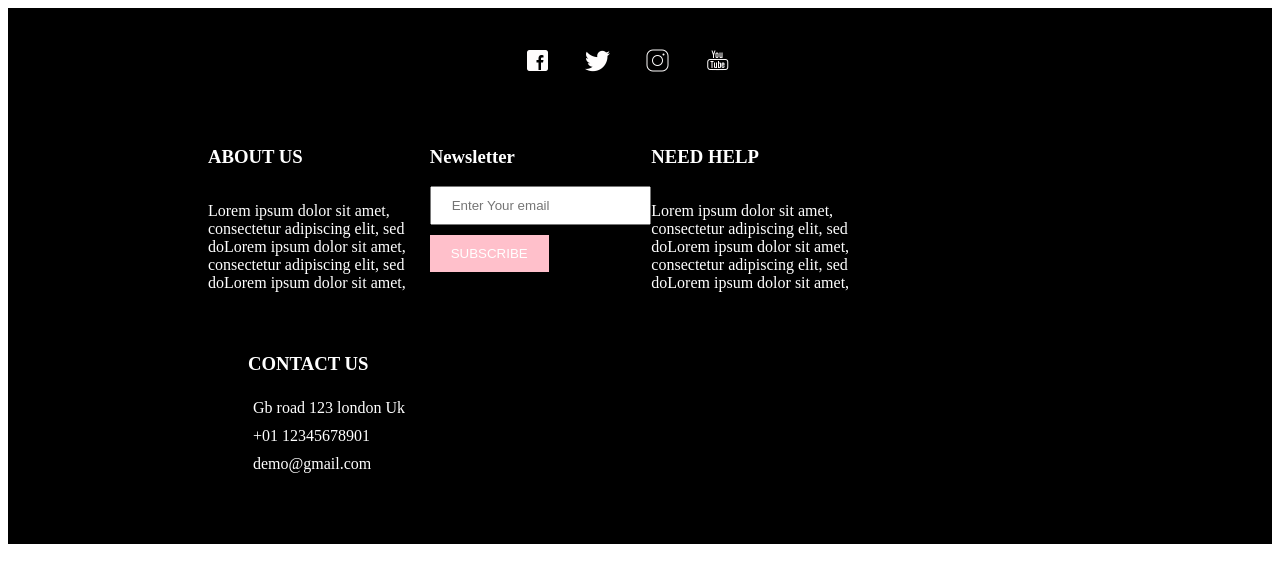
Repository: AVINKUMARP/gifts
Page: demo3.html
These files come from the project's save history. The page is drawn as it stood at one moment and after the next save; the edit follows.
The browser window is 1280 px wide. The pictures show the whole page.

Above is the page before, as saved 2023-08-24 15:50:01.

### demo3.html
<!DOCTYPE html>
<html lang="en">
<head>
    <meta charset="UTF-8">
    <meta name="viewport" content="width=device-width, initial-scale=1.0">
    <title>Document</title>
    <style>
        .container2{
            background-color:black;
            color: white;
        }
        .ticon{
            display: flex;
            flex-wrap: wrap;
            gap: 10px;
            justify-content: center;
            padding-top: 40px;
        }
        .list{
            display: flex;
            flex-wrap: wrap;
            gap: 10px;
        }
        .lone{
            display: flex;
            flex-direction: column;
            flex-wrap: wrap;
            width: 24.5%;
        }
        .ltwo{
            display: flex;
            flex-direction: column;
            flex-wrap: wrap;
            width: 24.5%;
        }
        .lthree{
            display: flex;
            flex-direction: column;
            flex-wrap: wrap;
            width: 24.5%;
        }
        .lfour{
            display: flex;
            flex-direction: column;
            flex-wrap: wrap;
            width: 24.5%;
        }
        .ltwo input{
            padding: 10px 20px;
        }
        .ltwo button{
            background-color:pink;
            color:white;
            padding: 10px 20px;
            border:1px solid pink;
        }
        .lone p{
            text-align: start;
        }
        .lthree p{
            text-align: start;
        }
        .lfour li{
            padding: 5px;
        }
        .but1111{
            padding-top: 10px;
        }
        .list{
            padding: 50px 200px;
        }
    </style>
</head>
<body>
    <div class="container2">
        <div class="ticon">
            <div class="one"><a href="">
                <img src="./images/icons8-facebook-50.png" alt="loading..." width="50%"></a>
            </div>
            <div class="two">
                <img src="./images/icons8-twitter-50.png" alt="loading..."width="50%">
            </div>
            <div class="three">
                <a href=""><img src="./images/icons8-instagram-50.png" alt="loading..." width="50%"></a>
            </div>
            <div class="four">
                <img src="./images/icons8-youtube-50.png" alt="loading..." width="50%">
            </div>
        </div>
        <div class="list">
            <div class="lone">
                <h3>ABOUT US</h3>
                <p>Lorem ipsum dolor sit amet, consectetur adipiscing elit, sed doLorem ipsum dolor sit amet, consectetur adipiscing elit, sed doLorem ipsum dolor sit amet,</p>
            </div>
            <div class="ltwo">
                <h3>
                    Newsletter
                </h3>
                <input type="email" placeholder="Enter Your email">
                <div class="but1111"><button>SUBSCRIBE</button></div>

            </div>
            <div class="lthree">
                <h3>NEED HELP</h3>
                <p>Lorem ipsum dolor sit amet, consectetur adipiscing elit, sed doLorem ipsum dolor sit amet, consectetur adipiscing elit, sed doLorem ipsum dolor sit amet,</p>
            </div>
            <div class="lfour">
                <ul type="none">
                    <h3>CONTACT US</h3>
                    <li>Gb road 123 london Uk</li>
                    <li>+01 12345678901</li>
                    <li>demo@gmail.com</li>
                </ul>
            </div>
        </div>
    </div>
</body>
</html>

After the next save:
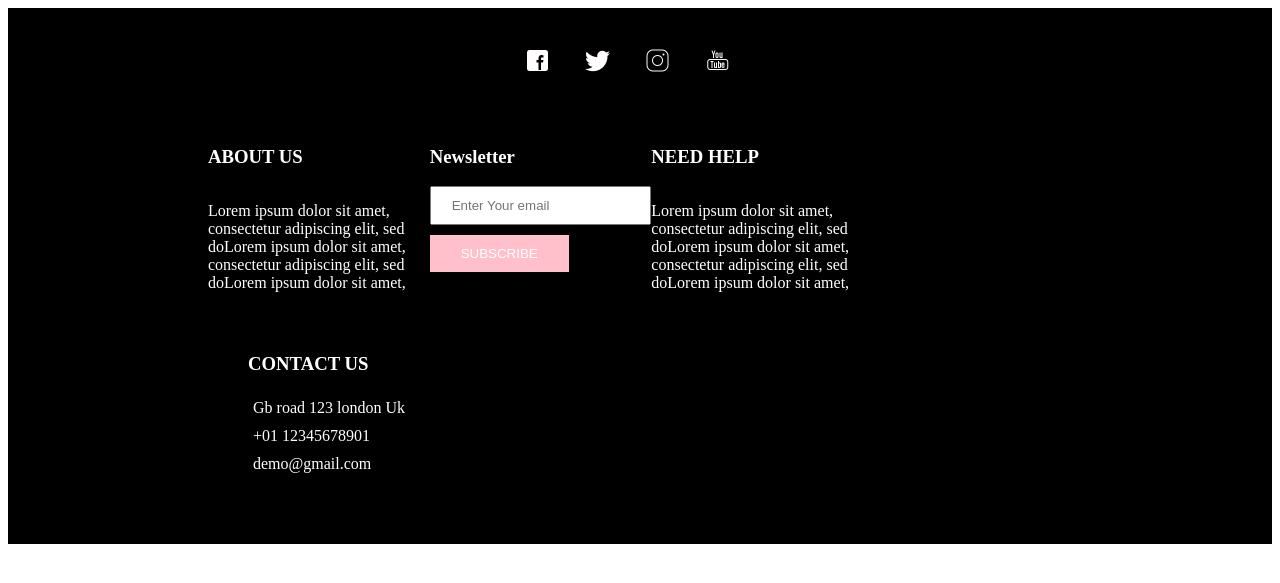
Saved 8 s later.
--- a/demo3.html
+++ b/demo3.html
@@ -51,7 +51,7 @@
         .ltwo button{
             background-color:pink;
             color:white;
-            padding: 10px 20px;
+            padding: 10px 30px;
             border:1px solid pink;
         }
         .lone p{
